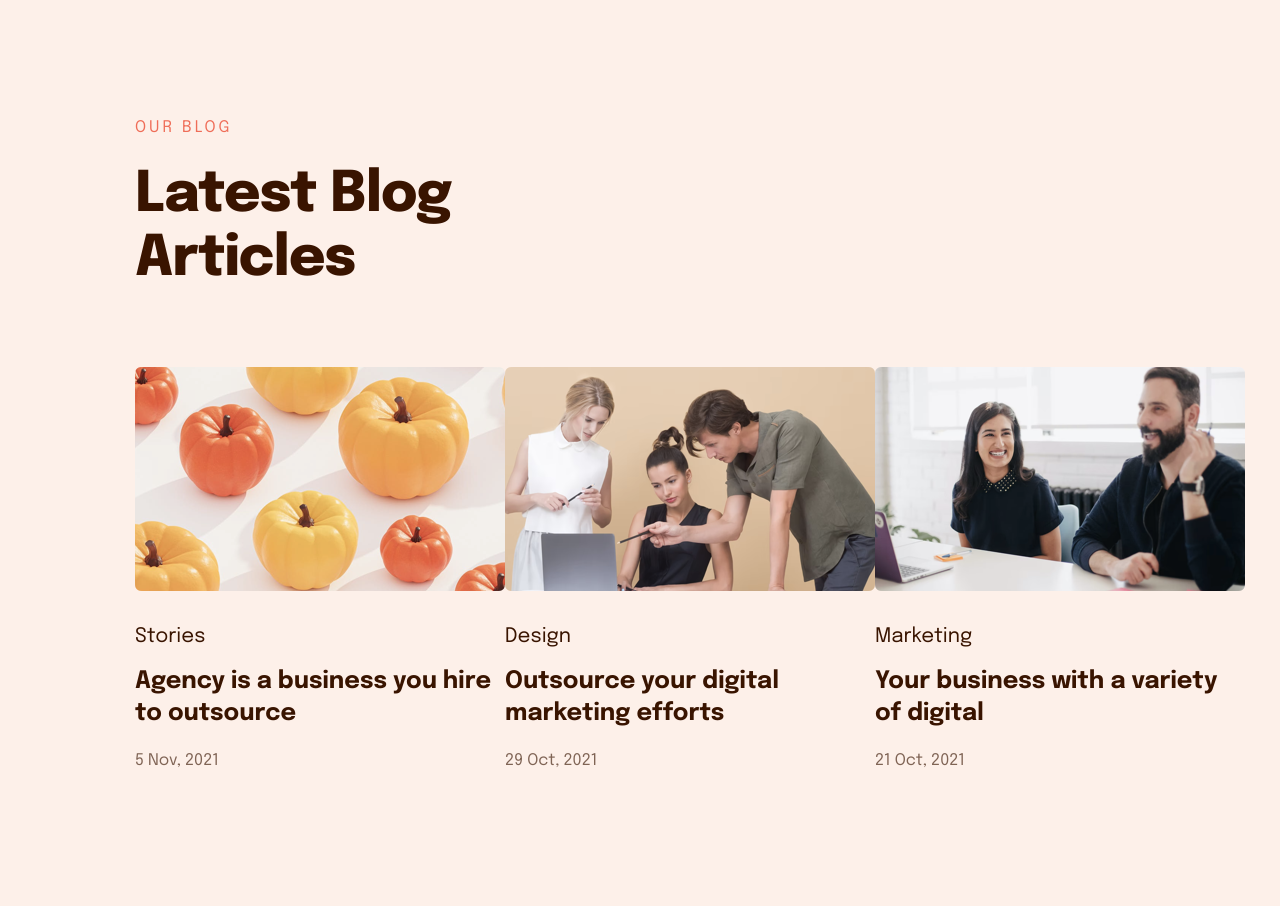
Repository: qafqazly123/websayt-1
Page: blogPage/index.html
An editor plug-in stored every save of this project. The page is shown before and after a run of saves, followed by the edit.
The browser window is 1280 px wide. The pictures show the whole page.

Above is the page before, as saved 2023-12-19 15:18:00.

After the next 2 saves:
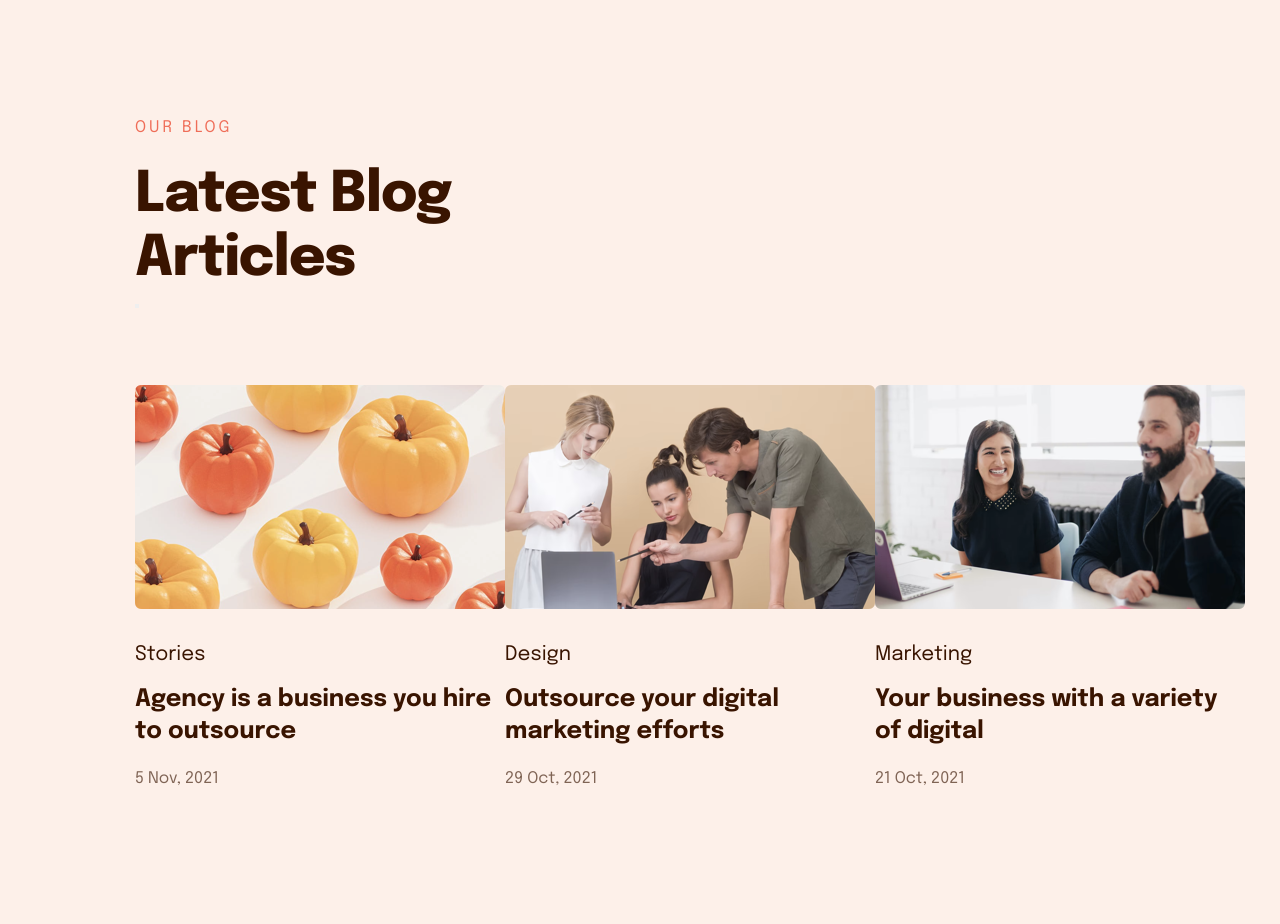
The 2 saves are shown as one change because they came seconds apart.
The last was saved 48 s later.
--- a/blogPage/index.html
+++ b/blogPage/index.html
@@ -12,6 +12,9 @@
             <h4>Our Blog</h4>
             <h1>Latest Blog <br>
                 Articles</h1>
+                <button>
+                    <a href="#"></a>
+                </button>
                 <div class="img-container">
                     <ul>
                         <li>
